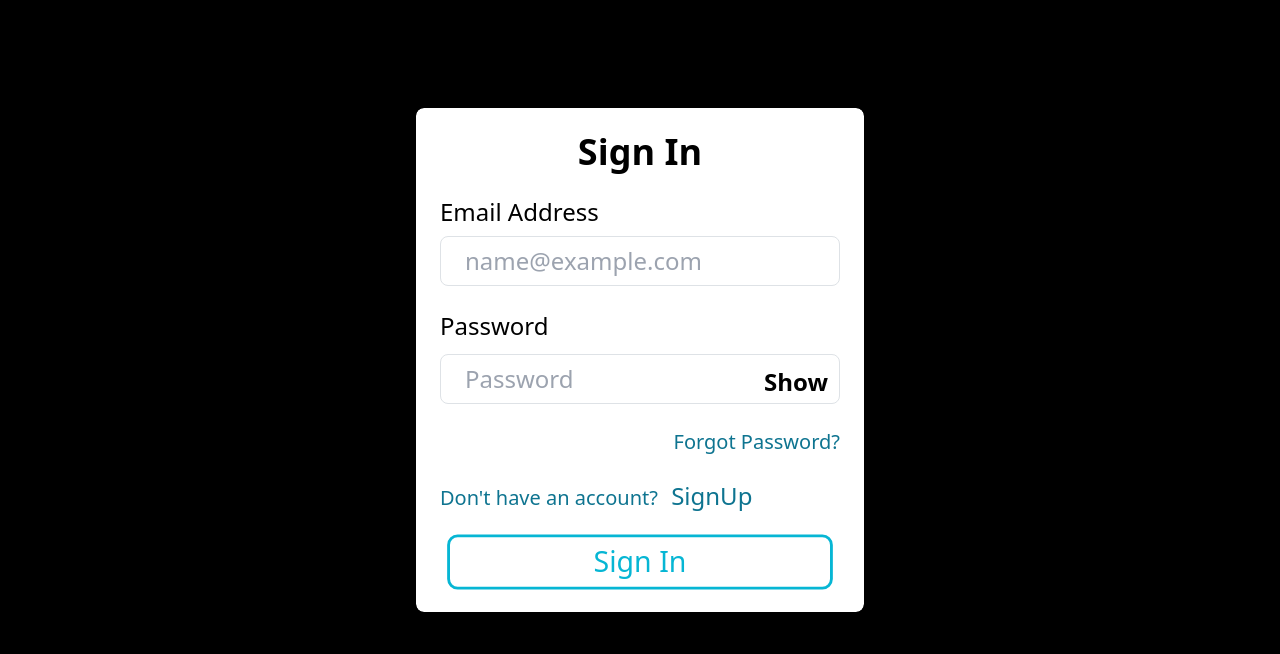
Repository: sayyad-mukthumsa-123/Movie-Verse
Page: /login (app in frontend/)
The author's editor kept a copy of each file at every save. The page is drawn from the files as they stood at one save, then again after the next save.
The browser window is 1280 px wide. The pictures show the whole page.
The page's requests for data from a server got no answer. The project was rebuilt for these pictures with package versions that can differ from the ones it lists, and the page was loaded fresh each time. No one was signed in, and anything a server would have sent is missing. Also part of the build but not shown: frontend/src/pages/Welcome.jsx, frontend/src/components/Logout.jsx, frontend/src/components/Navbar.jsx, frontend/src/components/Cards.jsx, frontend/src/pages/Home.jsx, frontend/src/components/AvatarSelection.jsx, frontend/src/pages/SignUp.jsx, frontend/src/pages/MovieRecommendations.jsx and 17 more.

Above is the page before, as saved 2025-02-18 22:41:45.

### frontend/public/index.html
<!DOCTYPE html>
<html lang="en">

<head>
  <meta charset="utf-8" />
  <link rel="icon" href="%PUBLIC_URL%/favicon.ico" />
  <meta name="viewport" content="width=device-width, initial-scale=1" />
  <meta name="theme-color" content="#000000" />
  <meta name="description" content="Web site created using create-react-app" />
  <link rel="apple-touch-icon" href="%PUBLIC_URL%/logo192.png" />
  <!--
      manifest.json provides metadata used when your web app is installed on a
      user's mobile device or desktop. See https://developers.google.com/web/fundamentals/web-app-manifest/
    -->
  <link rel="manifest" href="%PUBLIC_URL%/manifest.json" />
  <link rel="stylesheet" href="https://cdn.jsdelivr.net/npm/bootstrap@5.3.2/dist/css/bootstrap.min.css"
    integrity="sha384-T3c6CoIi6uLrA9TneNEoa7RxnatzjcDSCmG1MXxSR1GAsXEV/Dwwykc2MPK8M2HN" crossorigin="anonymous" />
  <!--
      Notice the use of %PUBLIC_URL% in the tags above.
      It will be replaced with the URL of the `public` folder during the build.
      Only files inside the `public` folder can be referenced from the HTML.

      Unlike "/favicon.ico" or "favicon.ico", "%PUBLIC_URL%/favicon.ico" will
      work correctly both with client-side routing and a non-root public URL.
      Learn how to configure a non-root public URL by running `npm run build`.
    -->
  <title>MovieVerse</title>
</head>

<body>
  <noscript>You need to enable JavaScript to run this app.</noscript>
  <div id="root"></div>
  <!--
      This HTML file is a template.
      If you open it directly in the browser, you will see an empty page.

      You can add webfonts, meta tags, or analytics to this file.
      The build step will place the bundled scripts into the <body> tag.

      To begin the development, run `npm start` or `yarn start`.
      To create a production bundle, use `npm run build` or `yarn build`.
    -->
</body>

</html>

### frontend/src/index.css
/* body {
  margin: 0;
  font-family: -apple-system, BlinkMacSystemFont, 'Segoe UI', 'Roboto', 'Oxygen',
    'Ubuntu', 'Cantarell', 'Fira Sans', 'Droid Sans', 'Helvetica Neue',
    sans-serif;
  -webkit-font-smoothing: antialiased;
  -moz-osx-font-smoothing: grayscale;
}

code {
  font-family: source-code-pro, Menlo, Monaco, Consolas, 'Courier New',
    monospace;
} */


/* @tailwind base;
@tailwind components;
@tailwind utilities; */


/* @import "tailwindcss/base";
@import "tailwindcss/components";
@import "tailwindcss/utilities"; */


/* src/index.css */
@tailwind base;
@tailwind components;
@tailwind utilities;

### frontend/src/App.js
import { BrowserRouter, Route, Routes } from "react-router-dom";
import Welcome from "./pages/Welcome";
import Home from "./pages/Home";
import SignIn from "./pages/SignIn";
import SignUp from "./pages/SignUp";
import Details from "./pages/MovieDetail";
import MovieSearch from "./pages/MovieSearch";
import PopularMovies from "./pages/PopularMovies";
import TrendingMovies from "./pages/TrendingMovies";
import DirectorSearch from "./pages/DirectorSearch";
import HeroSearch from "./pages/HeroSearch";
import HeroineSearch from "./pages/HeroineSearch";
import Search from "./pages/Search";
import GenreSearch from "./pages/GenreSearch";
import LangSearch from "./pages/LangSearch";
import ProtectedRoute from "./components/ProtectedRoute"; // Import ProtectedRoute
import ProfilePage from "./pages/ProfilePage"; // ProfilePage component
import UpdateProfile from "./pages/UpdateProfile";
import ResetPassword from "./components/ResetPassword";
import ReviewRating from "./pages/ReviewRating";
import ContactUs from "./pages/ContactUs";
import MovieDetail from "./pages/MovieDetail";


const App = () => {
  return (
    <div className="App">

      <BrowserRouter>
        <Routes>

          <Route path="/" element={<Welcome />} />
          <Route path="/register" element={<SignUp />} />
          <Route path="/login" element={<SignIn />} />


          <Route
            path="/home_login"
            element={
              <ProtectedRoute>
                <Home />
              </ProtectedRoute>
            }
          />
          <Route
            path="/details"
            element={
              <ProtectedRoute>
                <Details />
              </ProtectedRoute>
            }
          />
          <Route
            path="/popular"
            element={
              <ProtectedRoute>
                <PopularMovies />
              </ProtectedRoute>
            }
          />
          <Route
            path="/trending"
            element={
              <ProtectedRoute>
                <TrendingMovies />
              </ProtectedRoute>
            }
          />
          <Route
            path="/search/movie"
            element={
              <ProtectedRoute>
                <MovieSearch />
              </ProtectedRoute>
            }
          />
          <Route
            path="/search/director"
            element={
              <ProtectedRoute>
                <DirectorSearch />
              </ProtectedRoute>
            }
          />
          <Route
            path="/search/hero"
            element={
              <ProtectedRoute>
                <HeroSearch />
              </ProtectedRoute>
            }
          />
          <Route
            path="/search/heroine"
            element={
              <ProtectedRoute>
                <HeroineSearch />
              </ProtectedRoute>
            }
          />
          <Route
            path="/search/genre"
            element={
              <ProtectedRoute>
                <GenreSearch />
              </ProtectedRoute>
            }
          />
          <Route
            path="/search/lang"
            element={
              <ProtectedRoute>
                <LangSearch />
              </ProtectedRoute>
            }
          />
          <Route
            path="/search"
            element={
              <ProtectedRoute>
                <Search />
              </ProtectedRoute>
            }
          />
          <Route
            path="/movie/:id"
            element={
              <ProtectedRoute>
                <Details />
              </ProtectedRoute>
            }
          />
          <Route path="api/profile/:email" element={
            <ProtectedRoute>
              <ProfilePage />
            </ProtectedRoute>}
          />
          <Route path="/update-profile/:email" element={
            <ProtectedRoute>
              <UpdateProfile />
            </ProtectedRoute>}
          />
          <Route path="/profile/:email" element={
            <ProtectedRoute><ProfilePage />
            </ProtectedRoute>} />
          <Route path="/reset-password/:email" element={

            <ResetPassword />

          }
          />


          {/* Movie review and rating route */}

          <Route path="/movie/:movieId/review-rating" element={
            <ProtectedRoute><ReviewRating />
            </ProtectedRoute>} />



          <Route path="/contact" element={
            <ProtectedRoute><ContactUs />
            </ProtectedRoute>} />

        </Routes>

      </BrowserRouter>
    </div>
  );
};

export default App;

### frontend/src/pages/SignIn.jsx
import React, { useEffect, useState } from "react";
import { Link, useNavigate } from "react-router-dom";
import { ToastContainer, toast } from "react-toastify";
import "react-toastify/dist/ReactToastify.css";

const SignIn = () => {
  const [email, setEmail] = useState("");
  const [password, setPassword] = useState("");
  const [passwordVisible, setPasswordVisible] = useState(false);
  const navigate = useNavigate();

  useEffect(() => {
    const token = localStorage.getItem("token");
    if (token) {
      navigate("/home_login"); // Redirect if already logged in
    }
  }, [navigate]);

  const togglePasswordVisibility = () => {
    setPasswordVisible(!passwordVisible);
  };

  const handleSubmit = async (event) => {
    event.preventDefault();

    if (!email || !password) {
      toast.error("Please fill in all fields.");
      return;
    }

    if (!/\S+@\S+\.\S+/.test(email)) {
      toast.error("Please provide a valid email.");
      return;
    }

    try {
      const response = await fetch("http://localhost:5000/login", {
        method: "POST",
        headers: {
          "Content-Type": "application/json",
        },
        body: JSON.stringify({ Email: email, Password: password }),
      });

      const data = await response.json();

      if (response.ok) {
        localStorage.setItem("token", data.token);
        localStorage.setItem("email", email); // Store email after successful sign-in
        toast.success("Sign in successful!");
        setTimeout(() => {
          navigate("/home_login");
        }, 2000);

      } else {
        toast.error(data.msg || "Invalid email or password.");
      }
    } catch (error) {
      toast.error("An error occurred. Please try again later.");
      console.error("Error:", error);
    }
  };

  const handleForgotPassword = () => {
    if (!email) {
      toast.error("Please enter your email to reset the password.");
      return;
    }
    navigate(`/reset-password/${email}`);
  };

  return (
    <div className="flex items-center justify-center min-h-screen bg-black">
      <div className="w-full max-w-md bg-white  outline text-black rounded-lg shadow-md p-6">
        <h1 className="text-4xl font-bold  text-center mb-6">Sign In</h1>
        <form onSubmit={handleSubmit}>
          <div className="mb-4">
            <label htmlFor="email" className="block text-2xl mb-2 font-medium ">
              Email Address
            </label>
            <input
              type="email"
              id="email"
              className="w-full px-4 py-2 text-black border rounded-lg focus:outline-none focus:ring focus:ring-black text-2xl"
              placeholder="name@example.com"
              value={email}
              onChange={(e) => setEmail(e.target.value)}
            />
          </div>
          <div className="mb-4 relative">
            <label htmlFor="password" className="block  mb-2 font-medium  text-2xl">
              Password
            </label>
            <input
              type={passwordVisible ? "text" : "password"}
              id="password"
              className="mt-1 w-full px-4 py-2 text-black border rounded-lg focus:outline-none focus:ring focus:ring-black text-2xl"
              placeholder="Password"
              value={password}
              onChange={(e) => setPassword(e.target.value)}
            />
            <button
              type="button"
              className="absolute text-black top-14 right-3 text-2xl font-semibold  focus:outline-none"
              onClick={togglePasswordVisibility}
            >
              {passwordVisible ? "Hide" : "Show"}
            </button>
          </div>
          <div className="text-sm text-right mb-4">
            <button
              type="button"
              className="text-cyan-700 text-xl hover:underline focus:outline-none hover:scale-105 transition-transform"
              onClick={handleForgotPassword}
            >
              Forgot Password?
            </button>
          </div>
          <div className="text-xl mb-4 text-cyan-700">
            Don't have an account?{" "}
            <Link to="/register" className="inline-block mx-2 text-cyan-700 hover:underline hover:scale-105 transition-transform text-2xl">
              SignUp
            </Link>
          </div>
          <button
            type="submit"
            //className="w-full scale-95 bg-white text-3xl text-cyan-500 outline py-2 px-4 rounded-lg hover:bg-cyan-700  hover:outline focus:outline-none hover:scale-100 transition-transform"
            className="w-full scale-95  text-3xl text-cyan-500 py-2 px-4 rounded-lg hover:bg-cyan-700 hover:text-white hover:scale-100 transition-transform outline focus:outline-none"

          >
            Sign In
          </button>
        </form>
      </div>
      <ToastContainer />
    </div>
  );
};

export default SignIn;

### frontend/tailwind.config.js
module.exports = {
  content: [
    "./src/**/*.{js,jsx,ts,tsx}", // Include all source files in the frontend
  ],
  theme: {
    extend: {},
  },
  plugins: [],
};

Loaded but not shown: frontend/src/index.js (common file); frontend/src/reportWebVitals.js (common file)

After the next save:
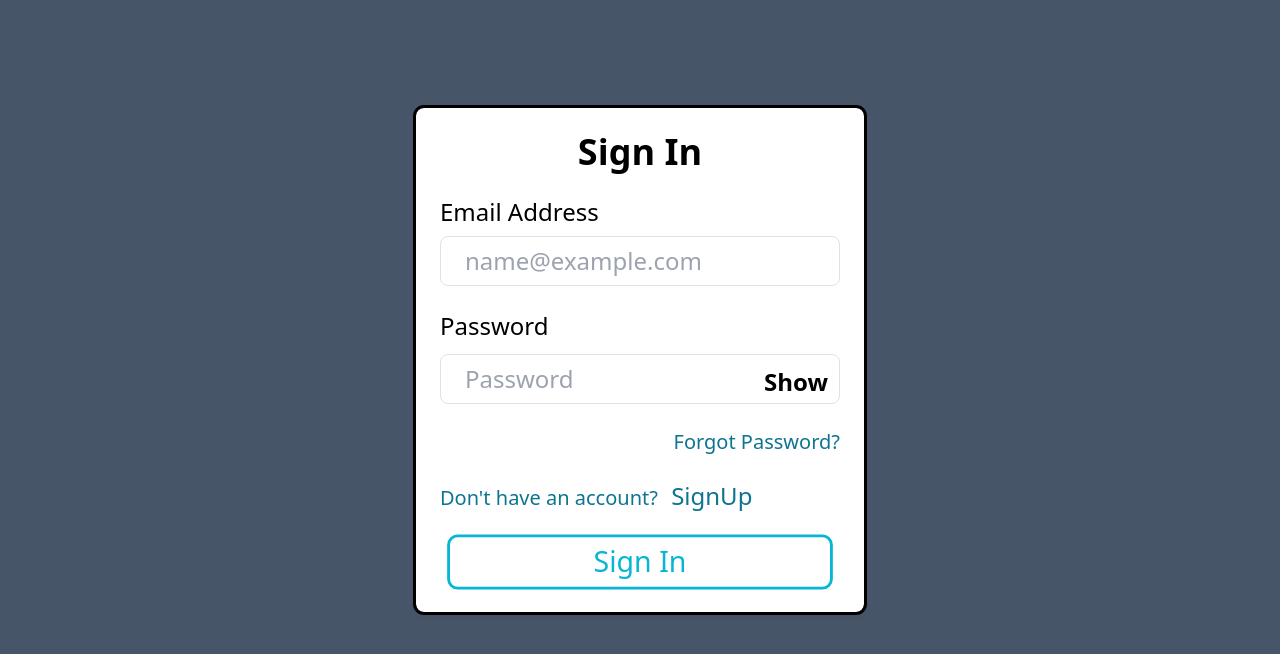
Saved 25 s later.
--- a/frontend/src/pages/SignIn.jsx
+++ b/frontend/src/pages/SignIn.jsx
@@ -70,7 +70,7 @@
   };
 
   return (
-    <div className="flex items-center justify-center min-h-screen bg-black">
+    <div className="flex items-center justify-center min-h-screen bg-slate-600">
       <div className="w-full max-w-md bg-white  outline text-black rounded-lg shadow-md p-6">
         <h1 className="text-4xl font-bold  text-center mb-6">Sign In</h1>
         <form onSubmit={handleSubmit}>
